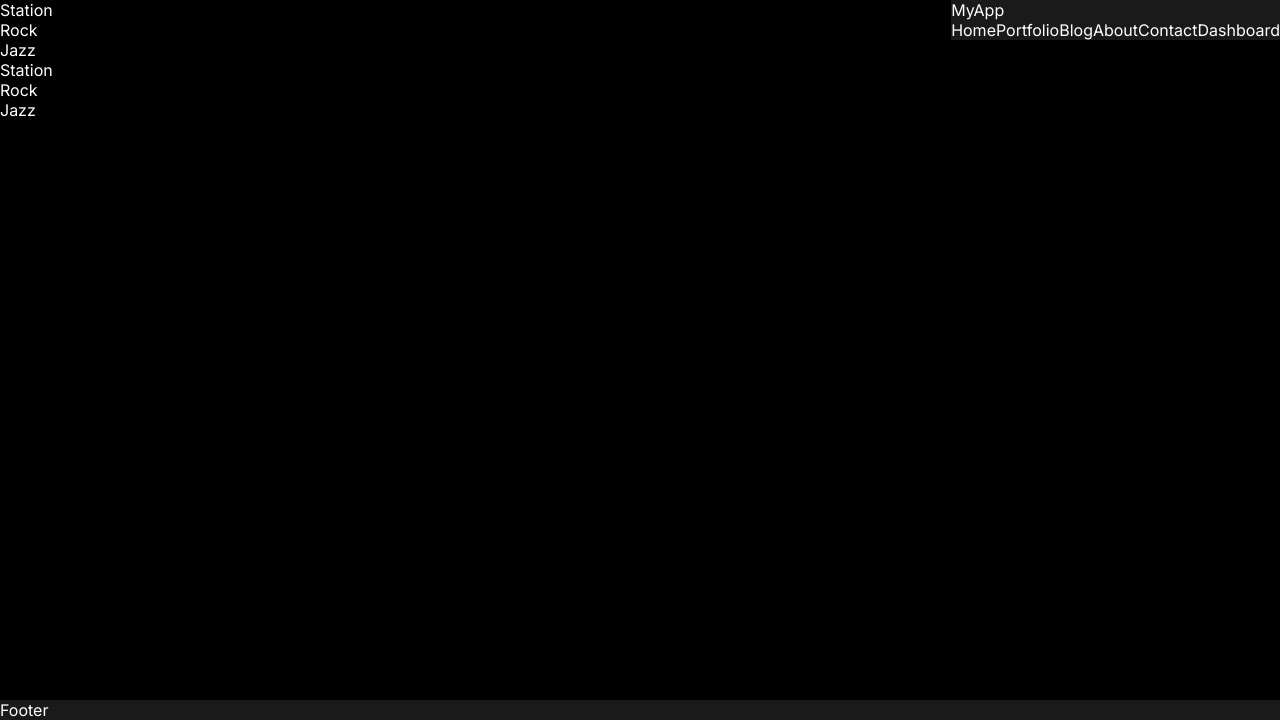
Repository: Iq-Life/musicflow-life
Page: /station
An editor plug-in stored every save of this project. The page is shown before and after the next save, followed by the edit.
The browser window is 1280 px wide. The pictures show the whole page.
The project was rebuilt for these pictures with package versions that can differ from the ones it lists, and the page was loaded fresh each time. The framework's server and built-in components were replaced by stand-ins that run in the browser. Also part of the build but not shown: next.config.js.

Above is the page before, as saved 2023-09-14 15:26:51.

After the next save:
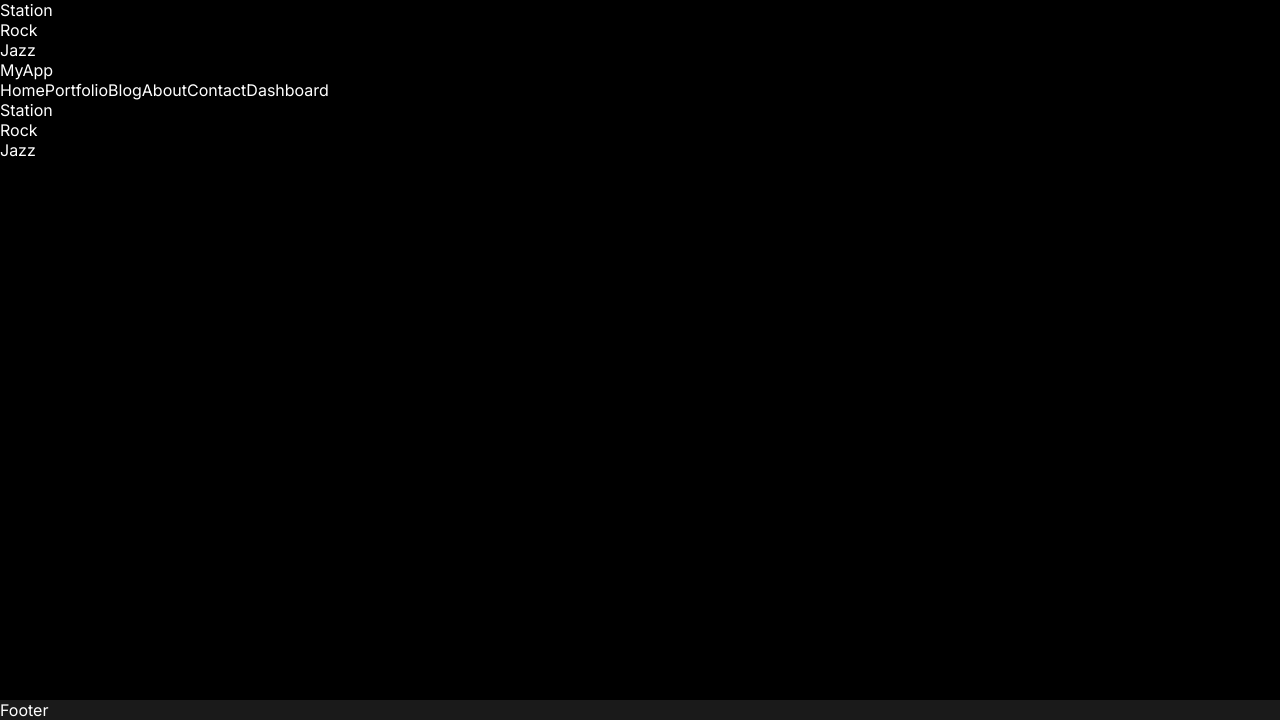
Saved 88 s later.
--- a/src/components/navbar/Navbar.module.scss
+++ b/src/components/navbar/Navbar.module.scss
@@ -1,4 +1,4 @@
-.navbar {
+.stationsList {
   position: absolute;
   top: 0;
   right: 0;

After the 2 saves that followed:
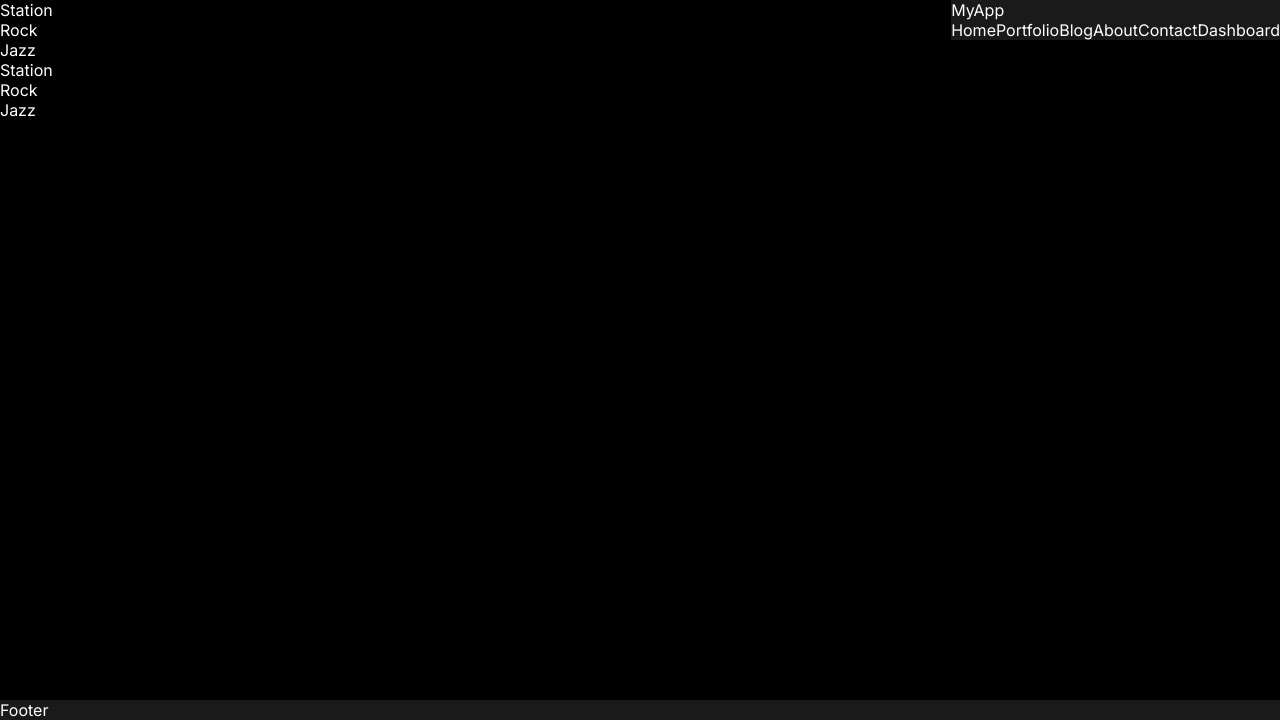
The 2 saves are shown as one change because 1 left the picture as it was.
The last was saved 53 s later.
--- a/src/components/station/StationsList.tsx
+++ b/src/components/station/StationsList.tsx
@@ -13,12 +13,14 @@ const stationsMusic = [
 
 const StationsList = () => {
   return (
-    <ul>
-      Station
-      {stationsMusic.map((station) => (
-        <li key={station.id}>{station.title}</li>
-      ))}
-    </ul>
+    <div className='stationsList'>
+      <ul>
+        Station
+        {stationsMusic.map((station) => (
+          <li key={station.id}>{station.title}</li>
+        ))}
+      </ul>
+    </div>
   )
 }
 
--- a/src/components/navbar/Navbar.module.scss
+++ b/src/components/navbar/Navbar.module.scss
@@ -1,4 +1,4 @@
-.stationsList {
+.navbar {
   position: absolute;
   top: 0;
   right: 0;
